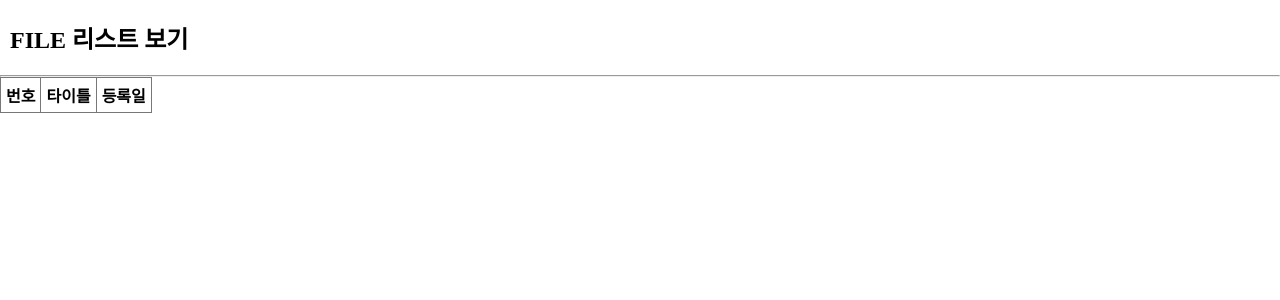
Repository: hyunh84/jsp_study
Page: http://localhost/Day07/j06_file04.jsp
The author's editor kept a copy of each file at every save. The page is drawn from the files as they stood at one save, then again after the next save.
The browser window is 1280 px wide. The pictures show the whole page.
The page is served by Tomcat 9. Queries for data that is not in the repository find no rows.

Above is the page before, as saved 2015-10-11 02:02:40.

After the next save:
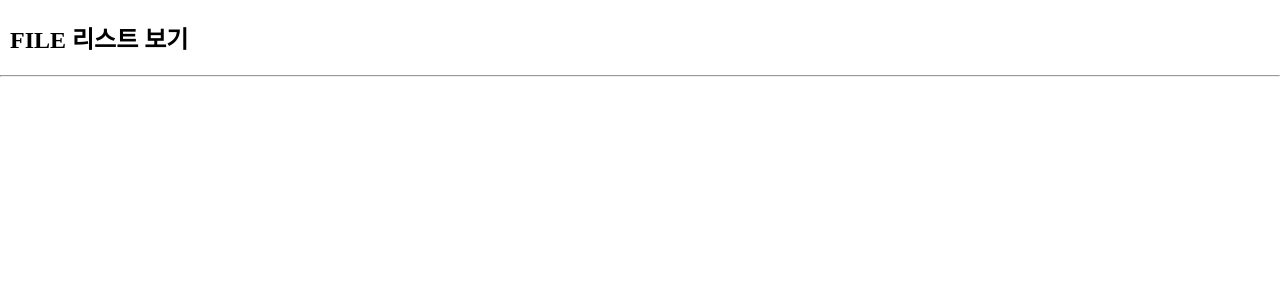
Saved 26 s later.
--- a/MyWorks/Day07/WebContent/j06_file04.jsp
+++ b/MyWorks/Day07/WebContent/j06_file04.jsp
@@ -69,35 +69,7 @@
 
 	<form action=""  >
 
-		<table>
-				<tr>
-					<th>번호</th>
-					<th>타이틀</th>
-					<th>등록일</th>
-				</tr>
 
-				<%
-					if(listc.size() != 0)
-						for(FileDto each : listc){
-				%>
-
-					<tr>
-						<td><%=each.getNum() %></td>
-						<td>
-							<img src ="<%=each.getLink() %>" style="width:100px;" />
-							<%=each.getTitle() %>
-						</td>
-						<td><%=each.getRegDate() %></td>
-						<td>
-							<a href="#">삭제하기</a>
-							<a href="#">다운로드</a>
-						</td>
-					</tr>
-				<%
-						}
-				%>
-
-		</table>
 	</form>
 
 
